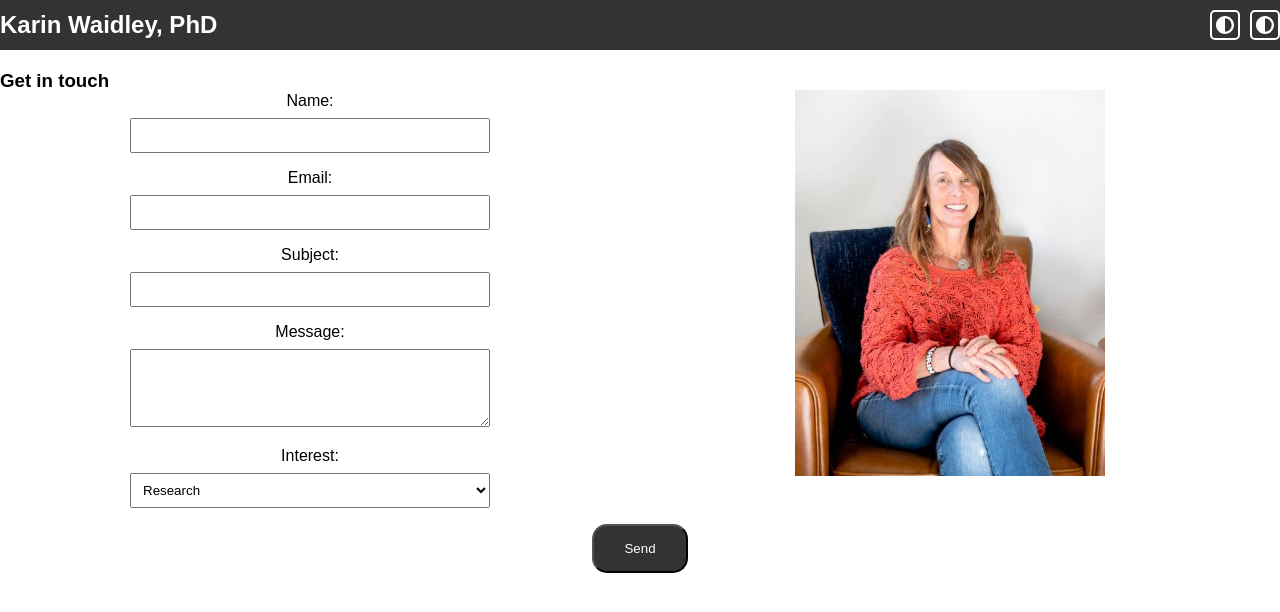
Repository: Ceasor7/Karin
Page: contact.html
The author's editor kept a copy of each file at every save. The page is drawn from the files as they stood at one save, then again after the next save.
The browser window is 1280 px wide. The pictures show the whole page.

Above is the page before, as saved 2023-12-14 13:18:38.

After the next save:
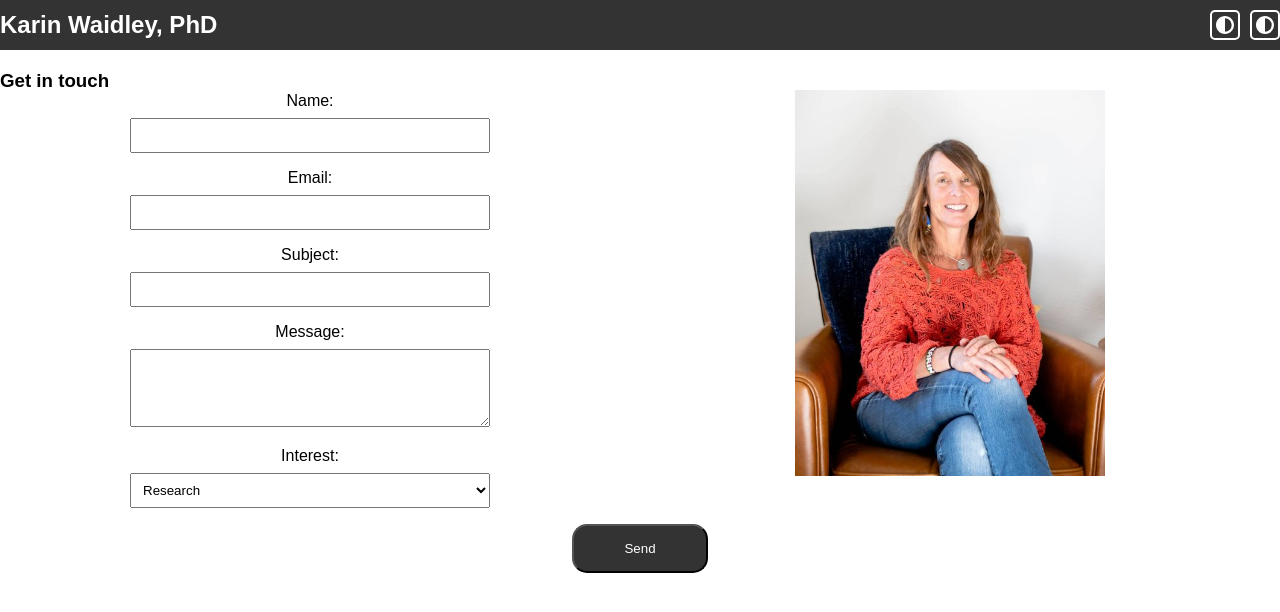
Saved 14 s later.
--- a/contact.html
+++ b/contact.html
@@ -115,8 +115,8 @@
             padding: 15px;
             background-color: #333;
             color: white;
-            padding-left: 30px;
-            padding-right: 30px;
+            padding-left: 50px;
+            padding-right: 50px;
             border-radius: 15px;
         }
     </style>
